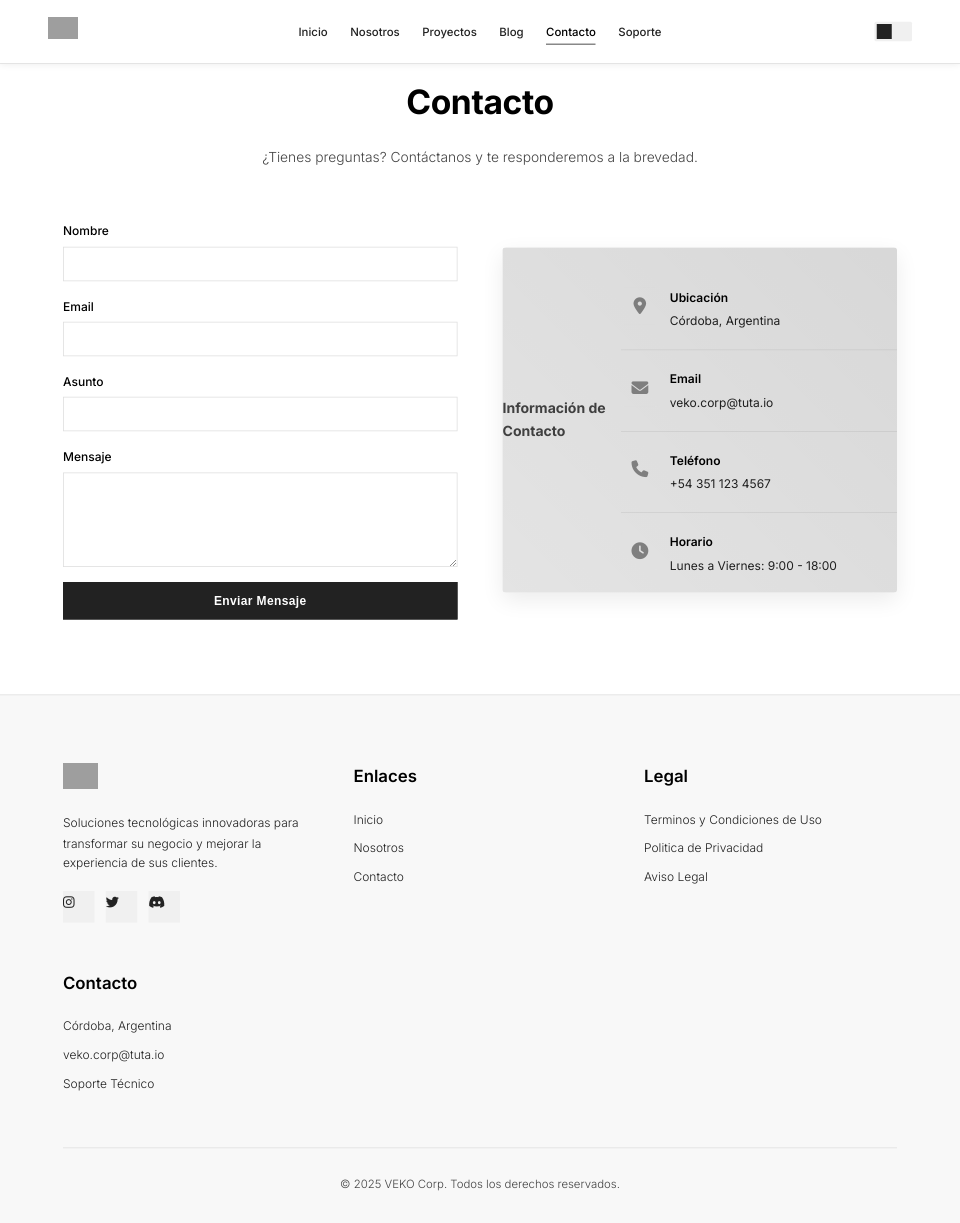
Repository: VEKO-Corp/veko-web
Page: contacto.html
The author's editor kept a copy of each file at every save. The page is drawn from the files as they stood at one save, then again after the next save.
The browser window is 1280 px wide. The pictures show the whole page, at 75% of full size.
Pictures or frames that could not be fetched are drawn as grey boxes.

Above is the page before, as saved 2025-08-11 21:44:47.

After the next save:
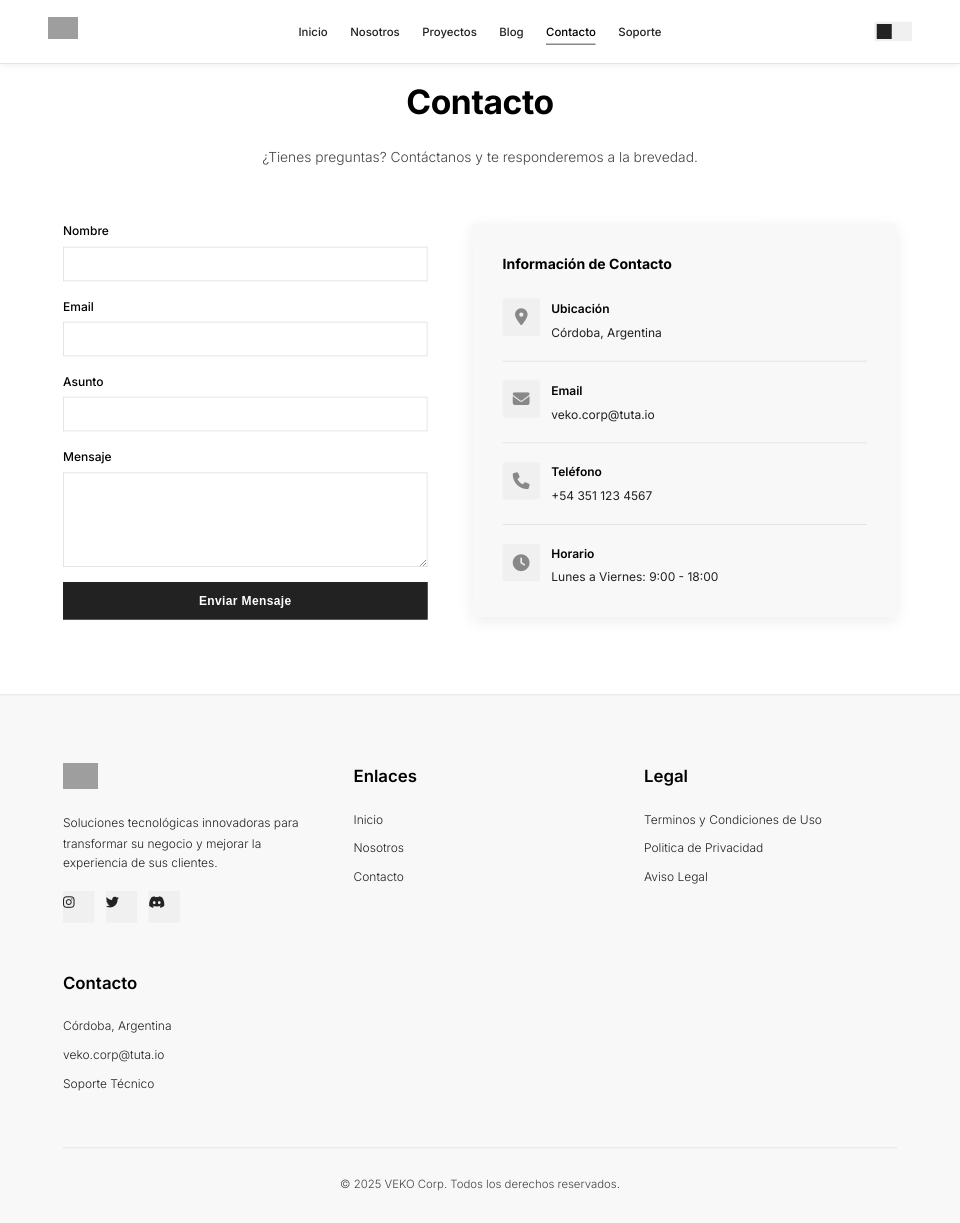
Saved 37 s later.
--- a/contacto.html
+++ b/contacto.html
@@ -59,8 +59,8 @@
                         </div>
                         <button type="submit" class="btn" style="display: block; width: 100%;">Enviar Mensaje</button>
                     </form>
-                </div>
-                <div class="about-image fade-in delay-1">
+                    </div>
+                    <div class="contact-info fade-in delay-1">
                     <h3>Información de Contacto</h3>
                     <ul class="contact-info-list">
                         <li>
